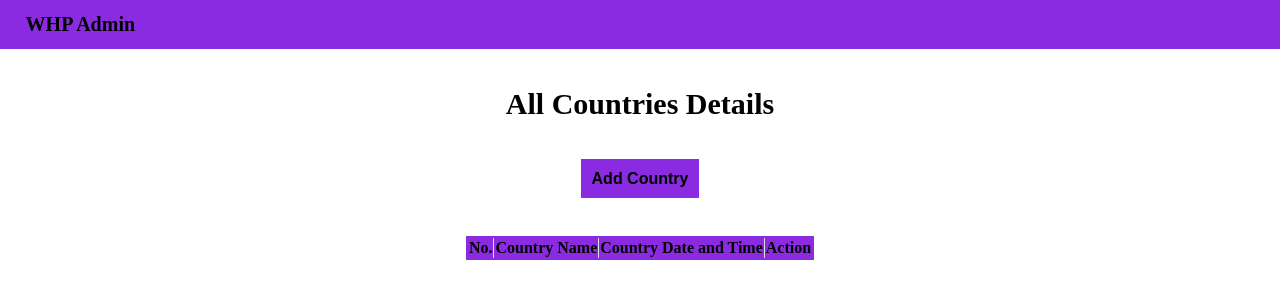
Repository: sabinaPetrisor/World_Hour_Project
Page: http://localhost/WorldHourProject/jsp/admin.jsp
The author's editor kept a copy of each file at every save. The page is drawn from the files as they stood at one save, then again after the next save.
The browser window is 1280 px wide. The pictures show the whole page.
The page is served by Tomcat 9. Queries for data that is not in the repository find no rows.

Above is the page before, as saved 2023-08-09 07:08:08.

After the next save:
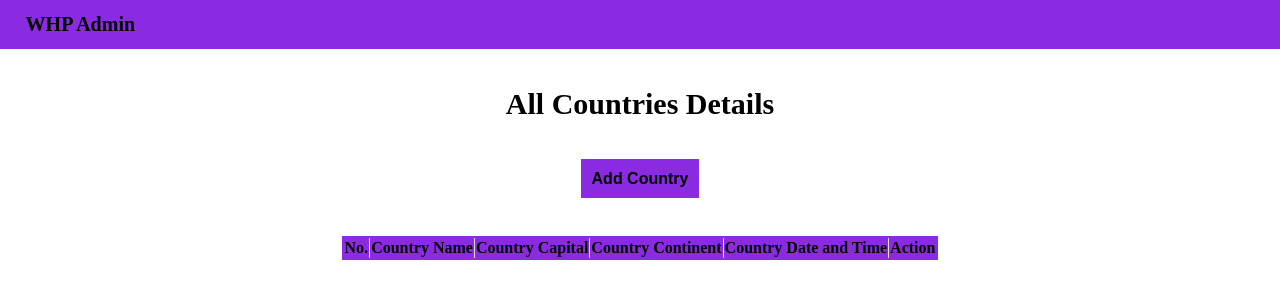
Saved 32 s later.
--- a/WorldHourProject/src/main/webapp/jsp/admin.jsp
+++ b/WorldHourProject/src/main/webapp/jsp/admin.jsp
@@ -27,6 +27,8 @@
 				<tr class="tbl-col-names">
 					<th>No.</th>
 					<th>Country Name</th>
+					<th>Country Capital</th>
+					<th>Country Continent</th>
 					<th>Country Date and Time</th>
 					<th>Action</th>
 				</tr>
